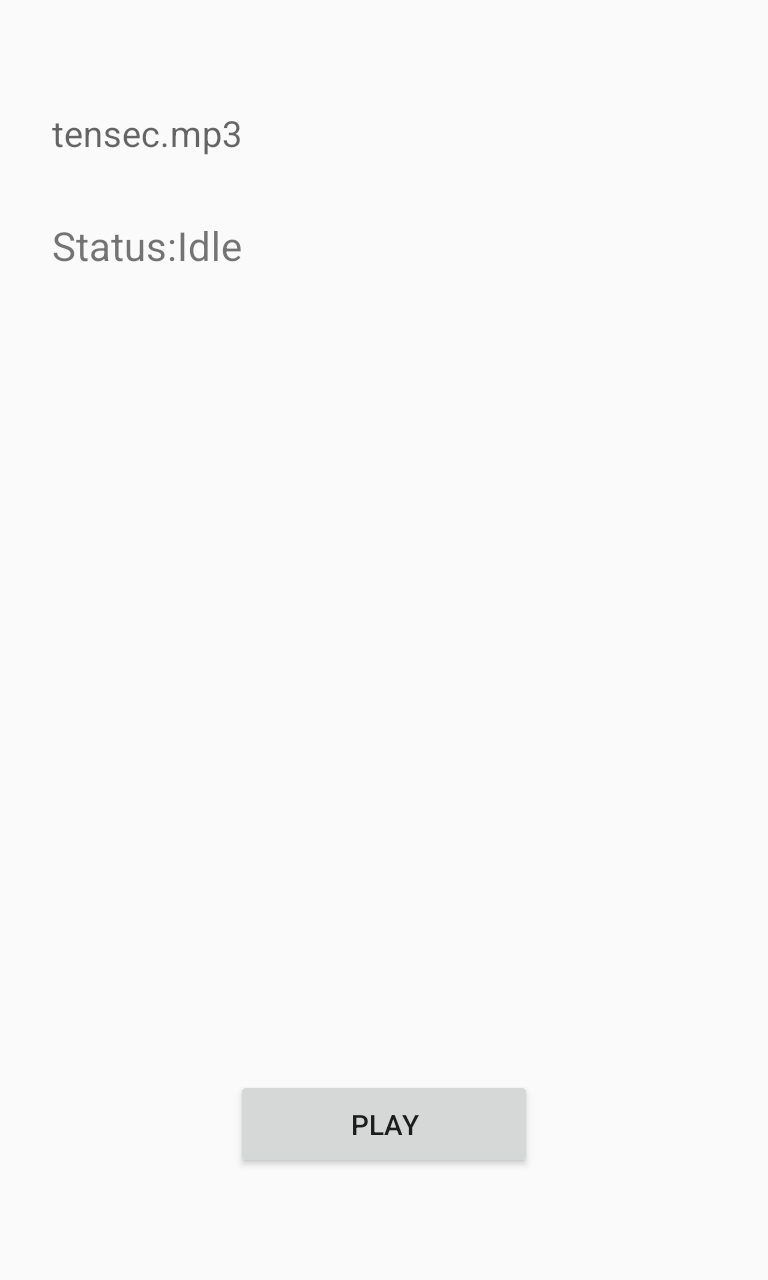
Repository: AlvaroCortez/Assigment2
Layout: AudioPlayer/res/layout/media_player_layout.xml
These files come from the project's save history. The layout is drawn as it stood at one moment and after a run of saves; the edit follows.
It is drawn on a 768 x 1280 px phone screen (xhdpi) without system bars, with theme AppTheme; the app's code is not run.

Above is the layout before, as saved 2014-06-04 11:17:18.

After the next 2 saves:
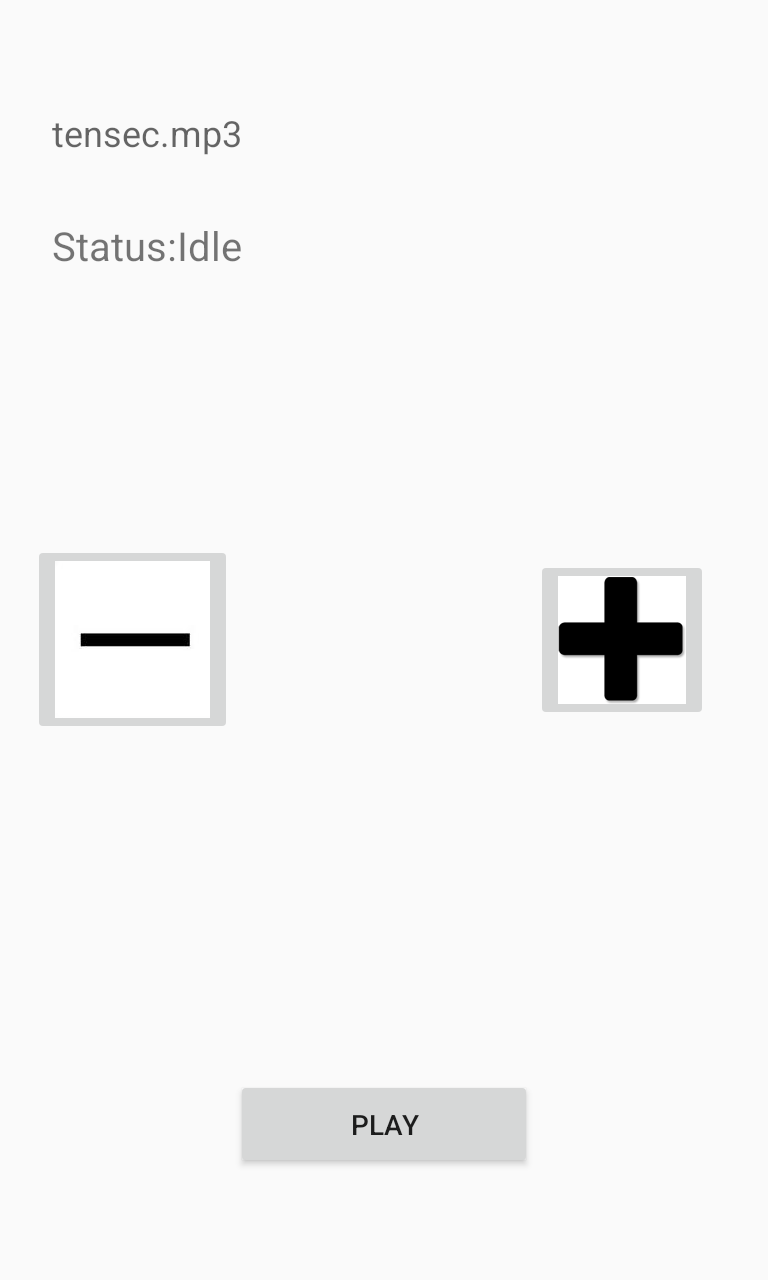
The 2 saves are shown as one change because 1 did not build or start.
The last was saved 18 min 38 s later.
--- a/AudioPlayer/res/layout/media_player_layout.xml
+++ b/AudioPlayer/res/layout/media_player_layout.xml
@@ -35,4 +35,20 @@
         android:text="@string/text_mp3"
         android:textAppearance="?android:attr/textAppearanceMedium" />
 
+    <ImageButton
+        android:id="@+id/imageButton1"
+        android:layout_width="wrap_content"
+        android:layout_height="wrap_content"
+        android:layout_centerVertical="true"
+        android:layout_toRightOf="@+id/audio_button"
+        android:src="@drawable/plus" />
+
+    <ImageButton
+        android:id="@+id/imageButton2"
+        android:layout_width="wrap_content"
+        android:layout_height="wrap_content"
+        android:layout_centerVertical="true"
+        android:layout_toLeftOf="@+id/audio_button"
+        android:src="@drawable/minus" />
+
 </RelativeLayout>
